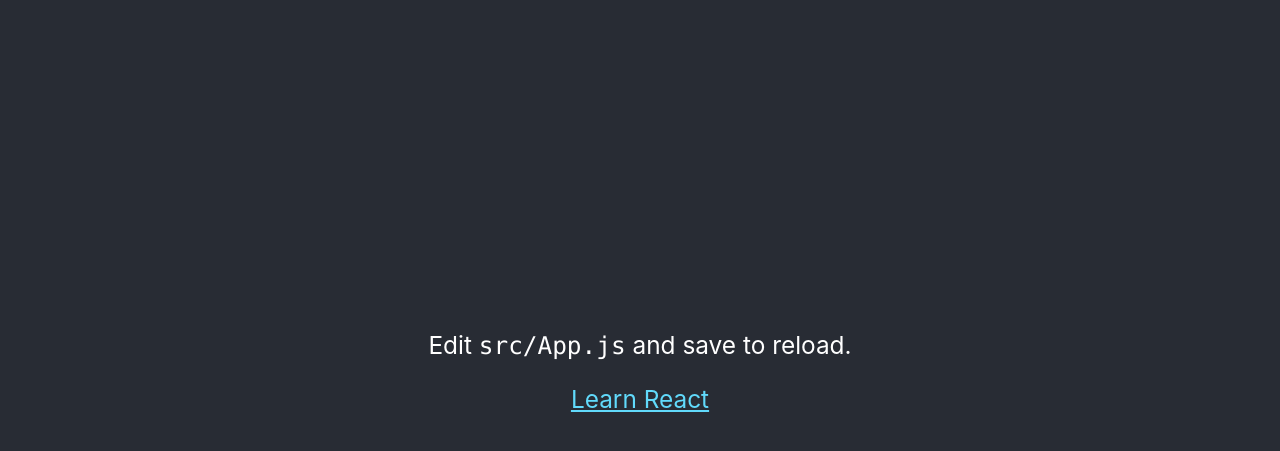
Repository: moonyohan1/react-recoil-ts
Page: /
These files come from the project's save history. The page is drawn as it stood at one moment and after the next save; the edit follows.
The browser window is 1280 px wide. The pictures show the whole page.
The project was rebuilt for these pictures with package versions that can differ from the ones it lists, and the page was loaded fresh each time.

Above is the page before, as saved 2022-09-02 13:20:44.

### src/index.tsx
import React from 'react';
import ReactDOM from 'react-dom/client';
import './index.css';
import App from './App';
import reportWebVitals from './reportWebVitals';

const rootElement = document.getElementById('root');
if (!rootElement) throw new Error('Failed to find the root element');
const root = ReactDOM.createRoot(rootElement);

root.render(
  <React.StrictMode>
    <App />
  </React.StrictMode>
);

// If you want to start measuring performance in your app, pass a function
// to log results (for example: reportWebVitals(console.log))
// or send to an analytics endpoint. Learn more: https://bit.ly/CRA-vitals
reportWebVitals();

### src/App.tsx
//import logo from './logo.svg';
import './App.css';

function App() {
  return (
    <div className="App">
      <header className="App-header">
        <p>
          Edit <code>src/App.js</code> and save to reload.
        </p>
        <a
          className="App-link"
          href="https://reactjs.org"
          target="_blank"
          rel="noopener noreferrer"
        >
          Learn React
        </a>
      </header>
    </div>
  );
}

export default App;

Loaded but not shown: public/index.html (common file); src/index.css (common file); src/reportWebVitals.js (common file); src/App.css (common file)

After the next save:
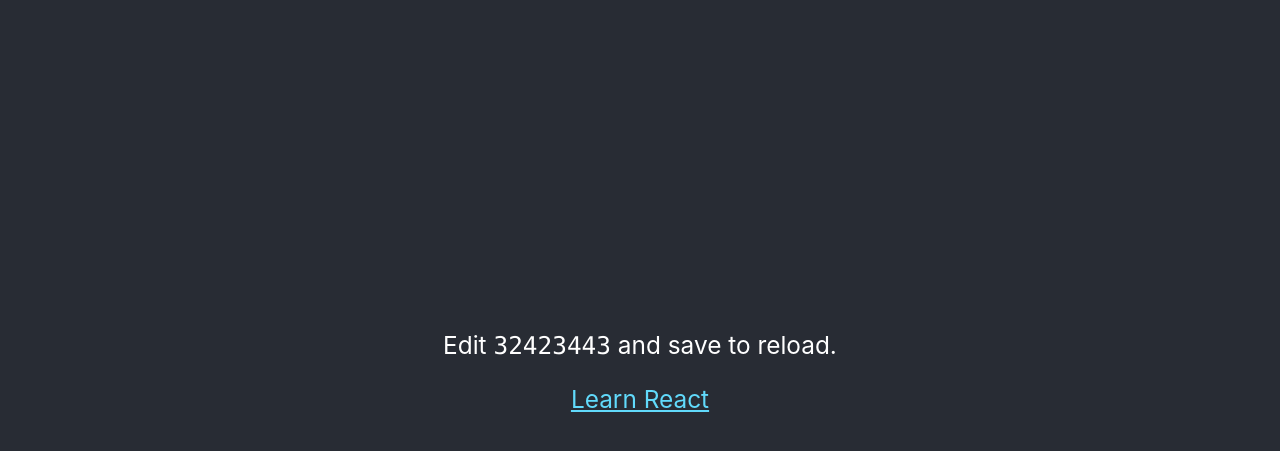
Saved 17 min 12 s later.
--- a/src/App.tsx
+++ b/src/App.tsx
@@ -6,7 +6,7 @@
     <div className="App">
       <header className="App-header">
         <p>
-          Edit <code>src/App.js</code> and save to reload.
+          Edit <code>32423443</code> and save to reload.
         </p>
         <a
           className="App-link"
